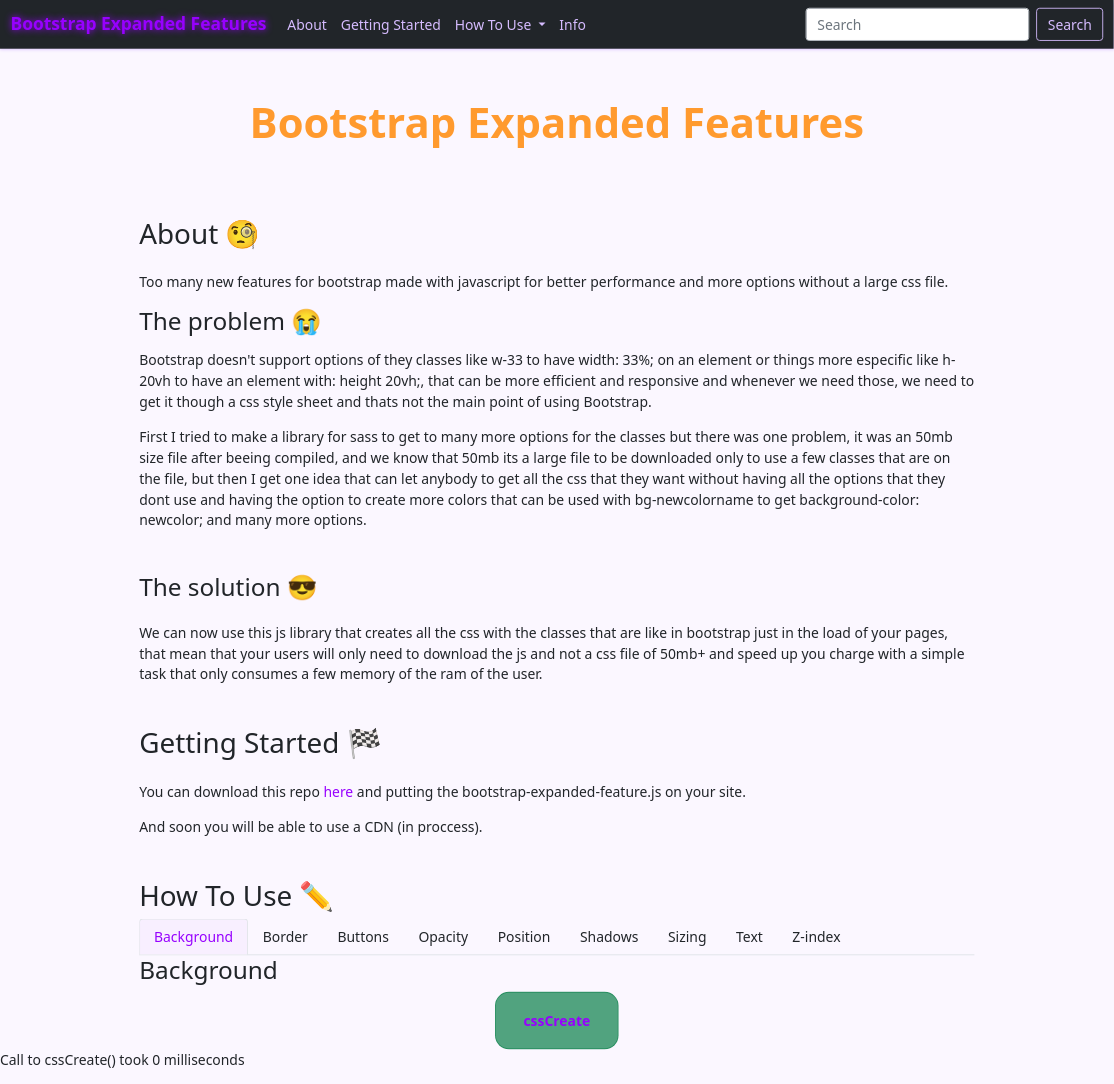
Repository: LynxPardelle/bootstrap-expanded-features
Page: index.html
An editor plug-in stored every save of this project. The page is shown before and after the next save, followed by the edit.
The browser window is 1280 px wide. The pictures show the whole page, at 87% of full size.

Above is the page before, as saved 2022-01-02 04:55:38.

After the next save:
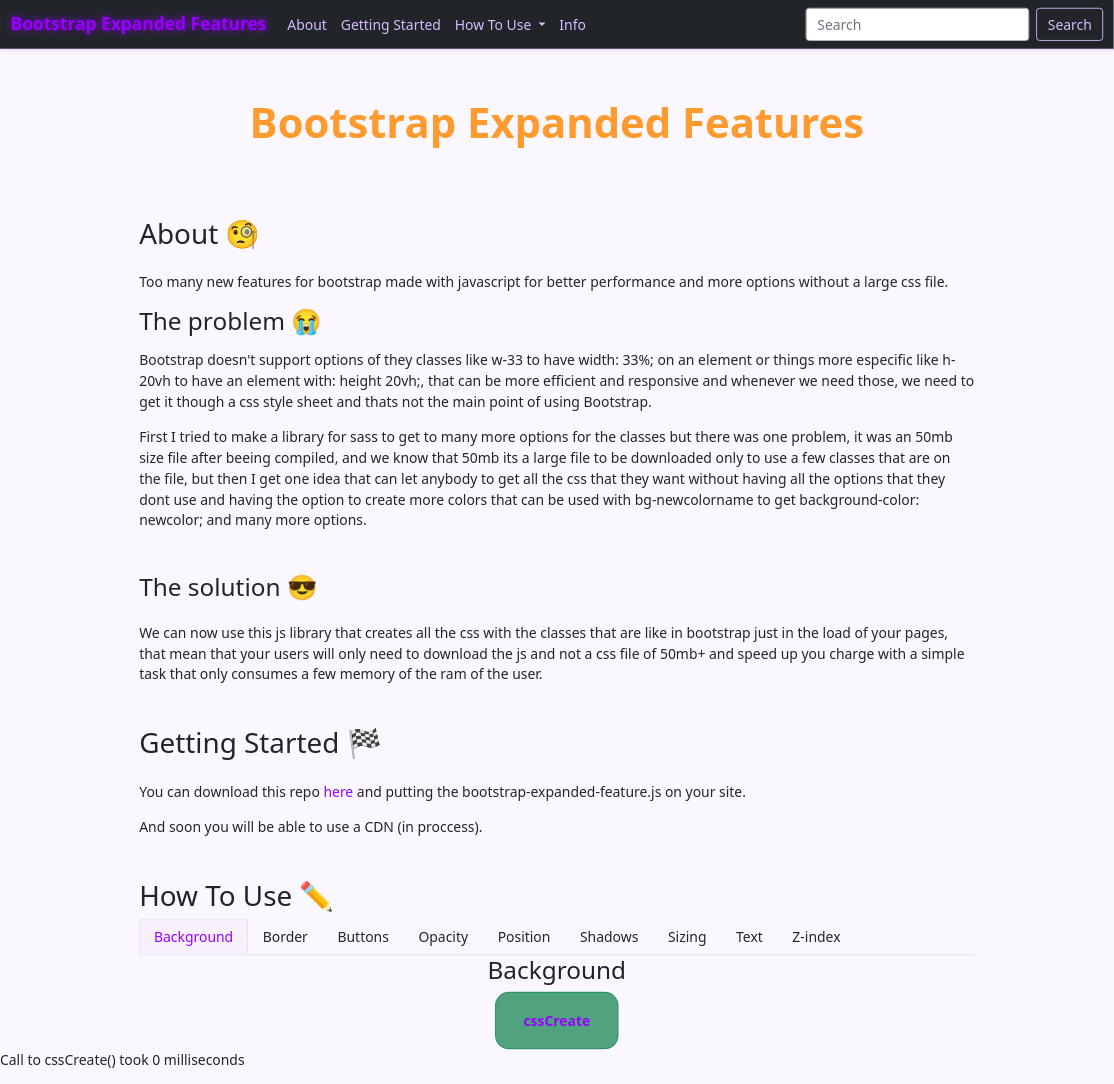
Saved 41 s later.
--- a/index.html
+++ b/index.html
@@ -356,7 +356,7 @@
                 role="tabpanel"
                 aria-labelledby="nav-background-tab"
               >
-                <h3>Background</h3>
+                <h3 class="text-center">Background</h3>
               </div>
               <div
                 class="tab-pane fade"
